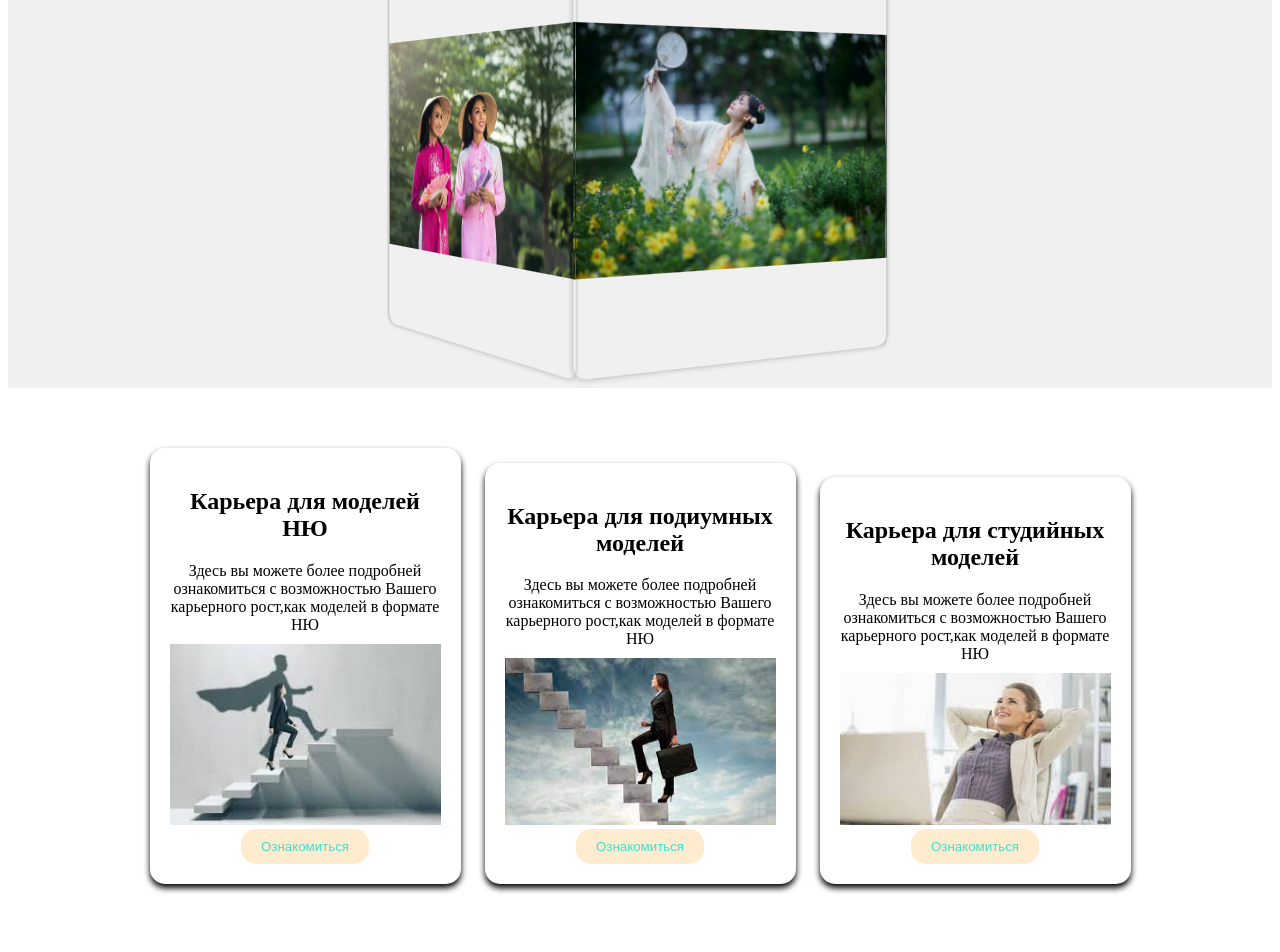
Repository: qtqqrdy13/model-studio
Page: index.html
An editor plug-in stored every save of this project. The page is shown before and after the next save, followed by the edit.
The browser window is 1280 px wide. The pictures show the part of the page from y = 2130 to 3082 px (the page is 3082 px tall before and 3077 px after).
A picture or video elsewhere on the page could not be fetched, so the positions and the page height are approximate.

Above is the page before, as saved 2023-09-01 13:29:51.

After the next save:
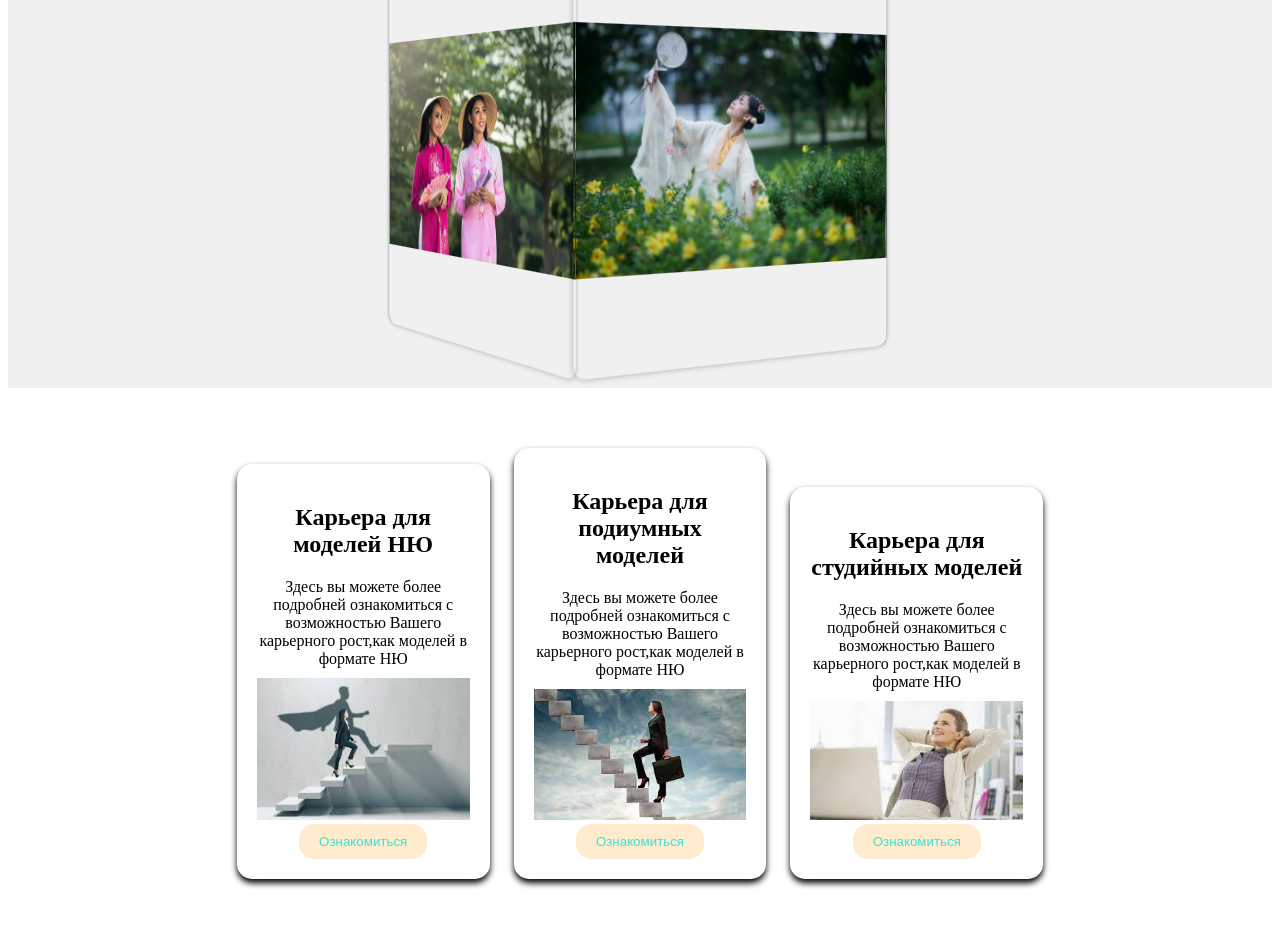
Saved 2 min 1 s later.
--- a/style.css
+++ b/style.css
@@ -398,7 +398,7 @@ p {
 
 .category {
     display: inline-block;
-    width: calc(25% - 20px);
+    width: calc(20% - 20px);
     padding: 20px;
     margin: 10px;
     border-radius: 15px;
